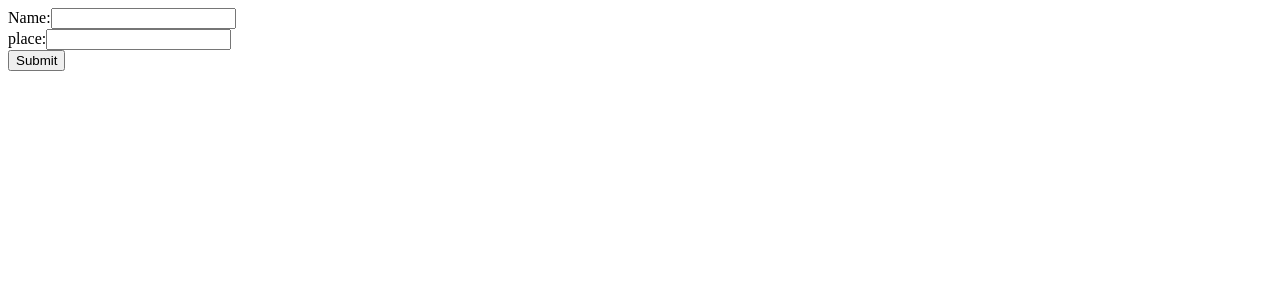
Repository: iamvinayhv/Servlets
Page: Demo/WebContent/wecome.html
These files come from the project's save history. The page is drawn as it stood at one moment and after the next save; the edit follows.
The browser window is 1280 px wide. The pictures show the whole page.

Above is the page before, as saved 2017-03-03 09:49:42.

### Demo/WebContent/wecome.html
<!DOCTYPE html>
<html>
<head>
<meta charset="UTF-8">
<title>Insert title here</title>
</head>
<body>
<form action="fs">

Name:<input type="text" name="name"><br/>
place:<input type="text" name="place"><br/>
<input type="submit" name="Register">
</form>

</body>
</html>

After the next save:
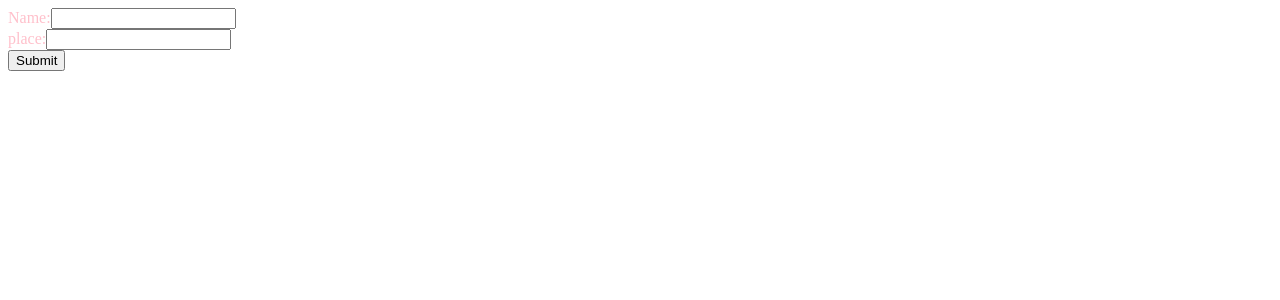
Saved 58 s later.
--- a/Demo/WebContent/wecome.html
+++ b/Demo/WebContent/wecome.html
@@ -4,7 +4,7 @@
 <meta charset="UTF-8">
 <title>Insert title here</title>
 </head>
-<body>
+<body style="color:pink;">
 <form action="fs">
 
 Name:<input type="text" name="name"><br/>
